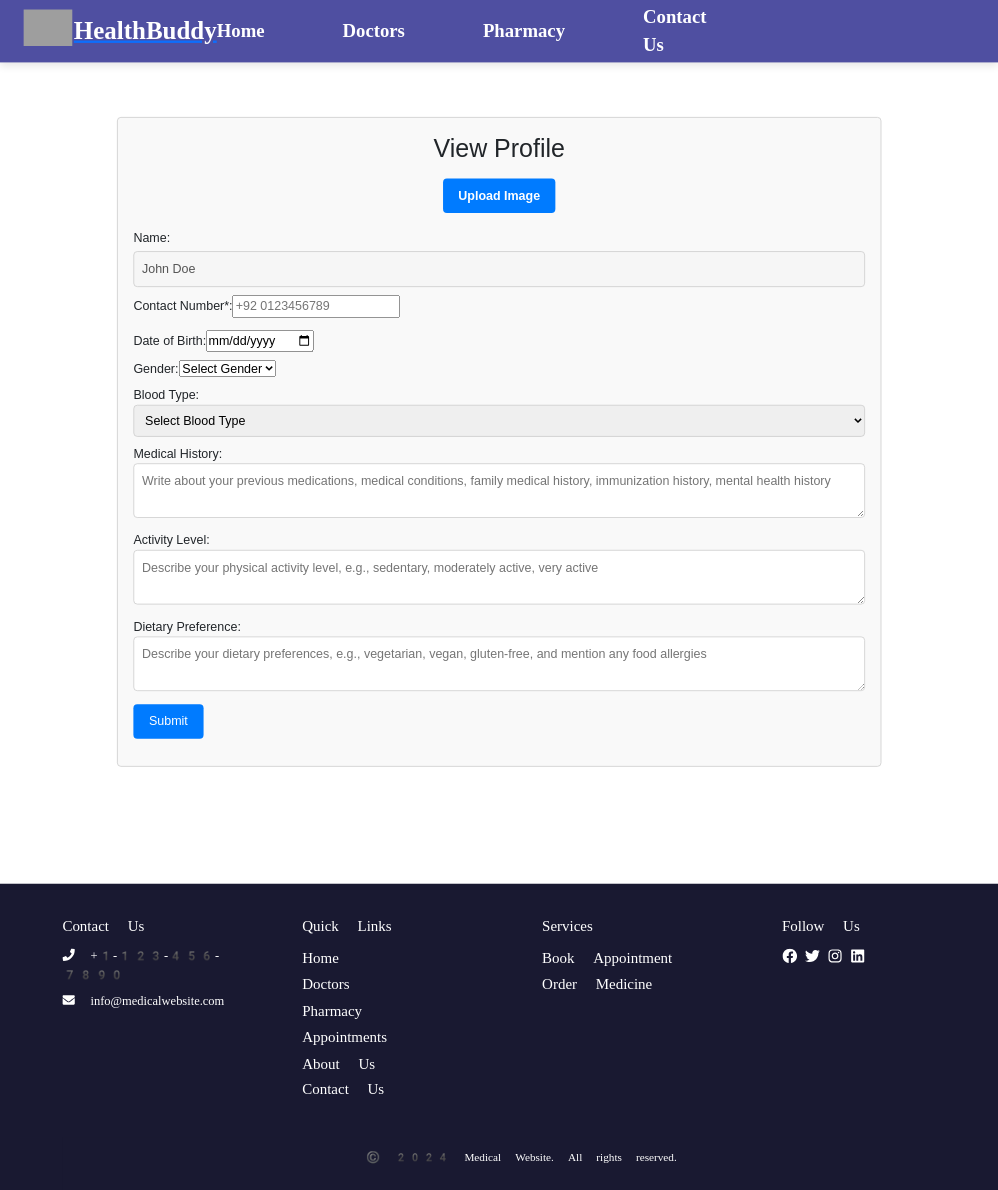
Repository: WajihaGul/MedicalApp-Frontend
Page: /view-patient-profile
An editor plug-in stored every save of this project. The page is shown before and after the next save, followed by the edit.
The browser window is 1280 px wide. The pictures show the whole page, at 78% of full size.
Pictures or frames that could not be fetched are drawn as grey boxes. The project was rebuilt for these pictures with package versions that can differ from the ones it lists, and the page was loaded fresh each time. Also part of the build but not shown: vite.config.js, src/index.css, src/App.css, src/Components/Accomplishments/Accomplishments.module.css, src/Components/Accomplishments/Accomplishments.jsx, src/Components/Experience/Experience.module.css, src/Components/Experience/Experience.jsx, src/Components/LandingPage/LandingPage.module.css and 47 more.

Above is the page before, as saved 2024-06-09 17:30:42.

After the next save:
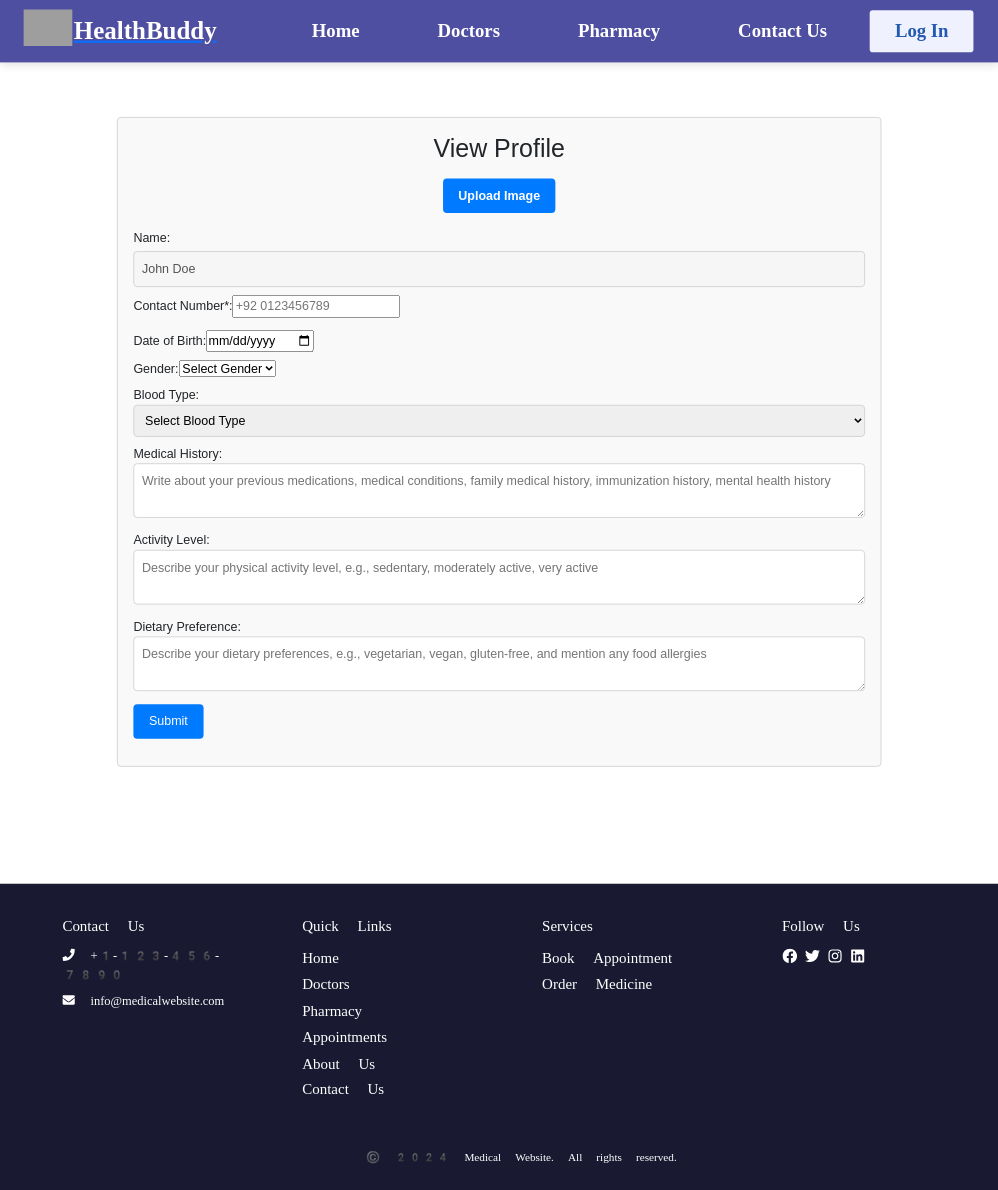
Saved 40 s later.
--- a/src/Components/NavigationBar/Navbar.module.css
+++ b/src/Components/NavigationBar/Navbar.module.css
@@ -17,7 +17,7 @@ nav {
 display: flex;
 align-items: center;
 gap: 100px;
-padding-right: 387px;
+/* padding-right: 387px; */
 }
 
 .navLinks {
